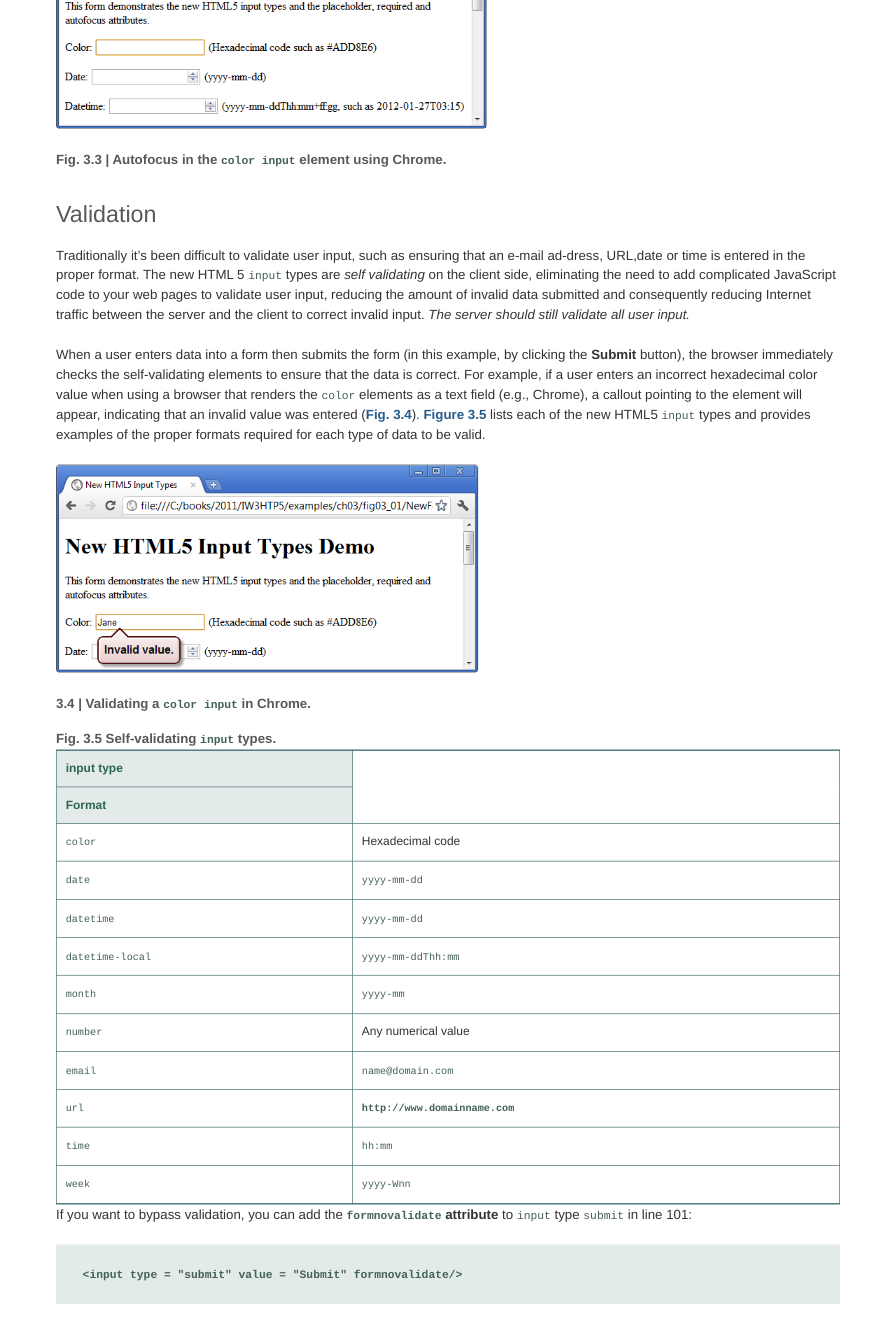
Repository: mlmEFSC21/P4-Textbook-Copy
Page: index.html
These files come from the project's save history. The page is drawn as it stood at one moment and after the next save; the edit follows.
The browser window is 1280 px wide. The pictures show the part of the page from y = 1144 to 3064 px (the page is 3064 px tall before and 3012 px after), at 70% of full size.

Above is the page before, as saved 2022-02-03 20:11:42.

### index.html
<!DOCTYPE html>
<html lang="en">
    <head>
        <meta charset="UTF-8" />
        <meta http-equiv="X-UA-Compatible" content="IE=edge" />
        <meta name="viewport" content="width=device-width, initial-scale=1.0" />
        <link rel="stylesheet" href="bookStyles.css" />
        <title>Laying Out Book Pages</title>
    </head>
    <body>
        <header>
            <!-- This is the header from the top of the page. Acts as a placeholder for Fig-1 as it wasn't included. -->
            <h1 id="fig-1-placeholder">
                3.2 New HTML5 Form <code><span class="header1">input</span></code> Types
            </h1>
        </header>
        <section class="color-input-type">
            <header>
                <h1>3.2.1 <code>input</code> Type <code>color</code></h1>
            </header>
            <p>
                The <code><span class="code-heavy">color input</span></code> type (<a
                    href="#fig-1-placeholder"
                    >Fig. 3.1</a
                >, lines 20–21) enables the user to enter a color. At the time of this writing, most
                browsers render the <code>color input</code> type as a text field in which the user
                can enter a hexadecimal code or a color name. In the future, when you click a
                <code>color input</code>, browsers will likely display a
                <em>color picker</em> similar to the Microsoft Windows color dialog shown in
                <a href="#color-input">Fig. 3.2.</a>
            </p>
            <figure>
                <img
                    src="images/OperaColorInput.png"
                    alt="Microsoft Windows color dialog"
                    id="color-input"
                />
                <figcaption>
                    <header>
                        <h1 class="fig-cap">Fig. 3.2 | A dialog for choosing colors.</h1>
                    </header>
                </figcaption>
            </figure>
        </section>
        <section class="autofocus-attribute">
            <header>
                <h1><code>autofocus</code> Attribute</h1>
            </header>
            <p>
                The <code><span class="code-heavy">autofocus</span></code>
                <strong>attribute</strong> (<a href="#fig-1-placeholder">Fig. 3.1</a>, line 20)—an
                optional attribute that can be used in only one <code>input</code> element on a
                form—automatically gives the focus to the <code>input</code> element, allowing the
                user to begin typing in that element immediately.
                <a href="#autofocus">Figure 3.3</a> shows <code>autofocus</code> on the
                <code>color</code> element—the first <code>input</code> element in our form—as
                rendered in Chrome. You do not need to include <code>autofocus</code> in your forms.
            </p>
            <figure>
                <img
                    src="images/Autofocus.png"
                    alt="web page demo of autofocus on a color input field"
                    id="autofocus"
                />
                <figcaption>
                    <header>
                        <h1 class="fig-cap">
                            Fig. 3.3 | Autofocus in the
                            <code><span class="code-heavy">color input</span></code> element using
                            Chrome.
                        </h1>
                    </header>
                </figcaption>
            </figure>
        </section>
        <section class="input-validation">
            <header>
                <h1>Validation</h1>
            </header>
            <p>
                Traditionally it’s been difficult to validate user input, such as ensuring that an
                e-mail ad-dress, URL,date or time is entered in the proper format. The new HTML 5
                <code>input</code> types are <em>self validating</em> on the client side,
                eliminating the need to add complicated JavaScript code to your web pages to
                validate user input, reducing the amount of invalid data submitted and consequently
                reducing Internet traffic between the server and the client to correct invalid
                input. <em>The server should still validate all user input.</em>
            </p>
            <p>
                When a user enters data into a form then submits the form (in this example, by
                clicking the <strong>Submit</strong> button), the browser immediately checks the
                self-validating elements to ensure that the data is correct. For example, if a user
                enters an incorrect hexadecimal color value when using a browser that renders the
                <code>color</code> elements as a text field (e.g., Chrome), a callout pointing to
                the element will appear, indicating that an invalid value was entered (<a
                    href="#self-validation"
                    >Fig. 3.4</a
                >). <a href="#fig-3.5-table">Figure 3.5</a> lists each of the new HTML5
                <code>input</code> types and provides examples of the proper formats required for
                each type of data to be valid.
            </p>
            <figure>
                <img
                    src="images/SelfValidationChrome.png"
                    alt="web page demo of validation preventing a non color input into a color input field"
                    id="self-validation"
                />
                <figcaption>
                    <header>
                        <h1 class="fig-cap">
                            3.4 | Validating a
                            <code><span class="code-heavy">color input</span></code> in Chrome.
                        </h1>
                    </header>
                </figcaption>
            </figure>
        </section>
        <section class="self-validating-types">
            <figure>
                <figcaption>
                    <header>
                        <h1 class="fig-cap">
                            Fig. 3.5 Self-validating
                            <code><span class="code-heavy">input</span></code> types.
                        </h1>
                    </header>
                </figcaption>
                <table class="validation-table" id="fig-3.5-table">
                    <thead>
                        <th>input type</tr>
                        <th>Format</th>
                    </thead>
                    <tbody>
                        <tr>
                            <td><code>color</code></td>
                            <td>Hexadecimal code</td>
                        </tr>
                        <tr>
                            <td><code>date</code></td>
                            <td><code>yyyy-mm-dd</code></td>
                        </tr>
                        <tr>
                            <td><code>datetime</code></td>
                            <td><code>yyyy-mm-dd</code></td>
                        </tr>
                        <tr>
                            <td><code>datetime-local</code></td>
                            <td><code>yyyy-mm-ddThh:mm</code></td>
                        </tr>
                        <tr>
                            <td><code>month</code></td>
                            <td><code>yyyy-mm</code></td>
                        </tr>
                        <tr>
                            <td><code>number</code></td>
                            <td>Any numerical value</td>
                        </tr>
                        <tr>
                            <td><code>email</code></td>
                            <td><code>name@domain.com</code></td>
                        </tr>
                        <tr>
                            <td><code>url</code></td>
                            <td>
                                <a href="http://www.domainname.com"
                                    ><code>http://www.domainname.com</code></a
                                >
                            </td>
                        </tr>
                        <tr>
                            <td><code>time</code></td>
                            <td><code>hh:mm</code></td>
                        </tr>
                        <tr>
                            <td><code>week</code></td>
                            <td><code>yyyy-Wnn</code></td>
                        </tr>
                    </tbody>
                </table>
            </figure>
            <aside>
                <p>
                    If you want to bypass validation, you can add the
                    <code><span class="code-heavy">formnovalidate</span></code>
                    <strong>attribute</strong> to <code>input</code> type <code>submit</code> in
                    line 101:
                </p>
                <div class="form-no-val">
                    <span class="code-heavy"
                        ><code
                            >&lt;input type = "submit" value = "Submit" formnovalidate/&gt;</code
                        ></span
                    >
                </div>
            </aside>
        </section>
    </body>
</html>

### bookStyles.css
:root {
    --clr-prime: #;
    --clr-font-prime: #333;
    --clr-font-code: #446256;
    --clr-font-links: #275b8a;
    --clr-font-fig-figcap: #585858;
    --clr-table-border: #467273;
    --clr-background: white;
    --clr-background-accent: rgba(70, 114, 115, 0.15);
}
*,
*::before,
*::after {
    margin: 0;
    padding: 0;
    box-sizing: border-box;
}
html {
    font-size: 19px;
    font-family: sans-serif;
}
body {
    font-family: "Helvetica Neue", Helvetica, Arial, "Lucida Grande", sans-serif;
    margin: 57px 0;
    padding: 0 80px;
    padding: auto;
    line-height: 1.5;
    background-color: var(--clr-background);
    color: var(--clr-font-prime);
}
h1 {
    font-size: 2.5em;
    margin-top: 1.15em;
    margin-bottom: 0.6em;
    font-style: normal;
    font-weight: 300;
    line-height: 1.5;
}
section header h1 {
    color: #585858;
    font-size: 1.75em;
    font-style: normal;
    font-weight: 300;
}
h1,
code {
    color: var(--clr-font-code);
}
figure figcaption {
    margin-top: 0.75em;
    color: var(--clr-font-fig-figcap);
    font-weight: 300;
}
figure header h1 {
    margin-bottom: 0;
    font-size: 1em;
    color: var(--clr-font-fig-figcap);
    font-weight: 700;
}
code {
    font-family: Courier, "Courier New", monospace;
    font-size: 0.85em;
}
.code-heavy {
    font-weight: 900;
}
p {
    margin-bottom: 1.5em;
}
table {
    width: 100%;
    border-style: solid;
    border-width: 2px 1px 2px;
    border-color: var(--clr-table-border);
    border-radius: 0;
    font-size: 0.9em;
    line-height: 1.5em;
    border-collapse: collapse;
}
table th {
    padding: 0.75em;
    margin: 0;
    vertical-align: top;
    text-align: left;
    color: #2c6655;
    font-style: normal;
    font-weight: 600;
    border: 1px solid var(--clr-table-border);
}
tbody {
    display: table-row-group;
}
tr {
    display: table-row;
    vertical-align: baseline;
}
table td {
    border: 1px solid var(--clr-table-border);
    padding: 0.75em;
    margin: 0;
    vertical-align: top;
    text-align: left;
}
div {
    padding: 1.5em 0 1.5em 2em;
}
th,
div {
    background-color: var(--clr-background-accent);
}
a {
    color: var(--clr-font-links);
    text-decoration: none;
    font-weight: 700;
    cursor: pointer;
}

After the next save:
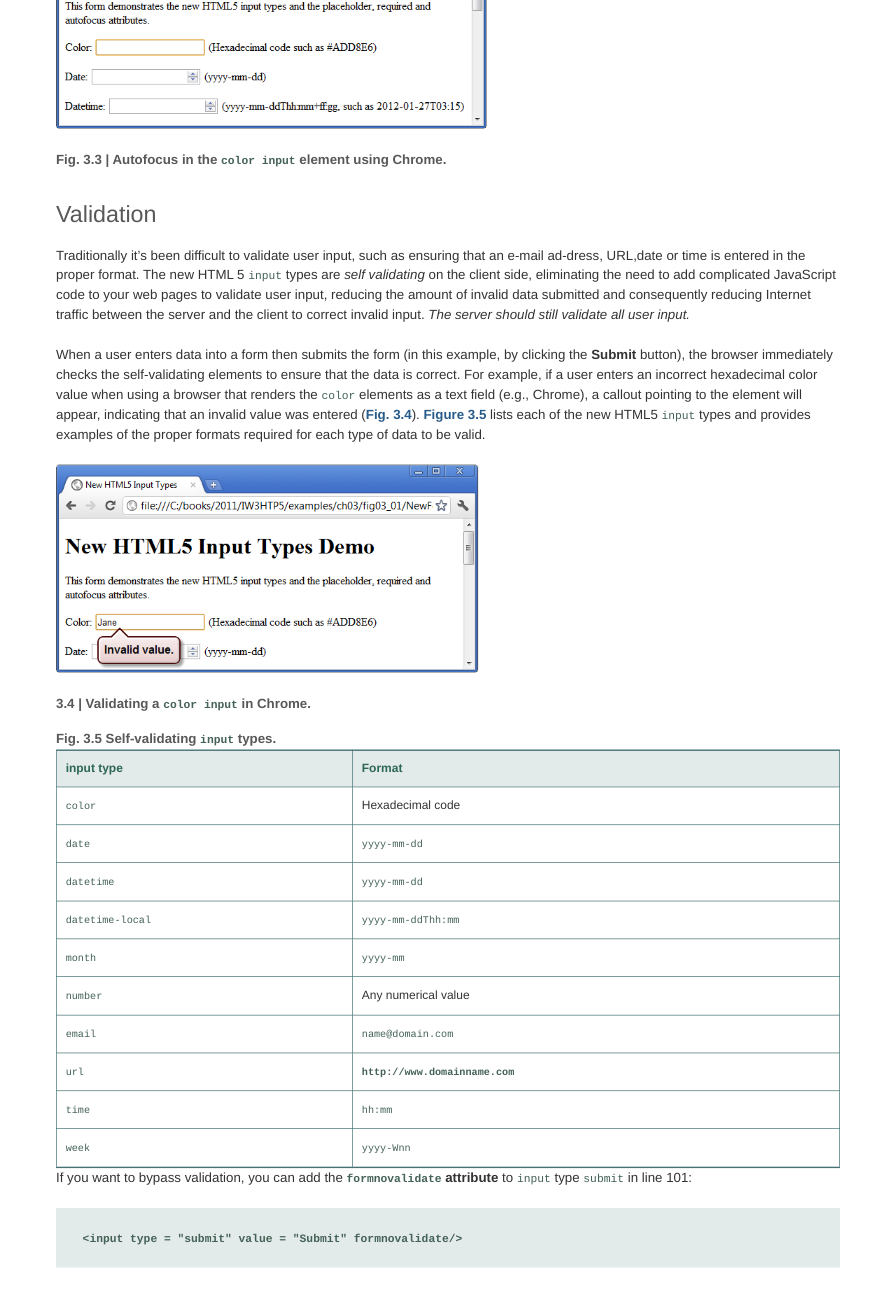
Saved 21 s later.
--- a/index.html
+++ b/index.html
@@ -127,7 +127,7 @@
                 </figcaption>
                 <table class="validation-table" id="fig-3.5-table">
                     <thead>
-                        <th>input type</tr>
+                        <th>input type</th>
                         <th>Format</th>
                     </thead>
                     <tbody>

After the save that followed:
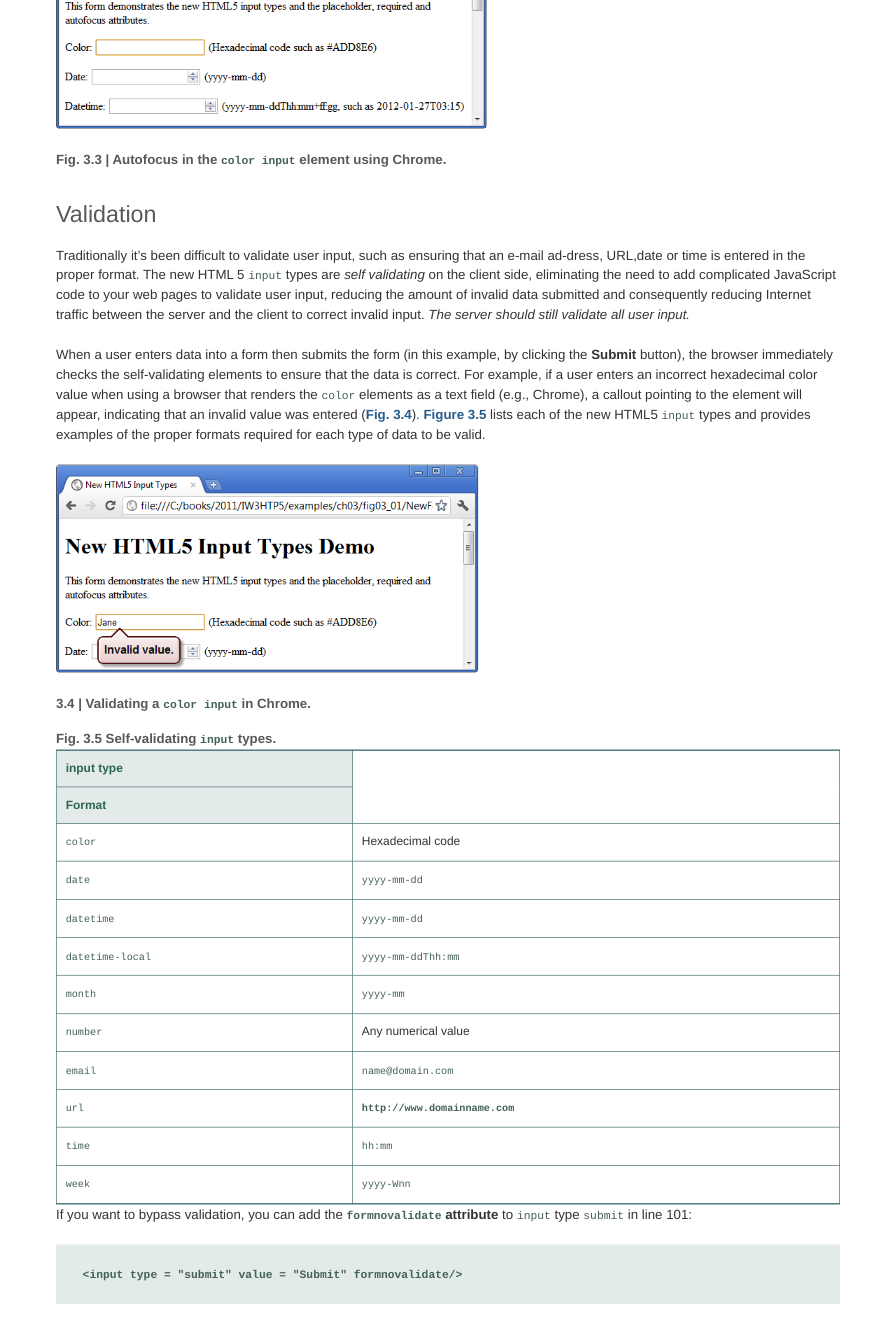
Saved 86 s later.
--- a/index.html
+++ b/index.html
@@ -127,8 +127,12 @@
                 </figcaption>
                 <table class="validation-table" id="fig-3.5-table">
                     <thead>
-                        <th>input type</th>
-                        <th>Format</th>
+                        <tr>
+                            <th>input type</th>
+                        </tr>
+                        <tr>
+                            <th>Format</th>
+                        </tr>
                     </thead>
                     <tbody>
                         <tr>
